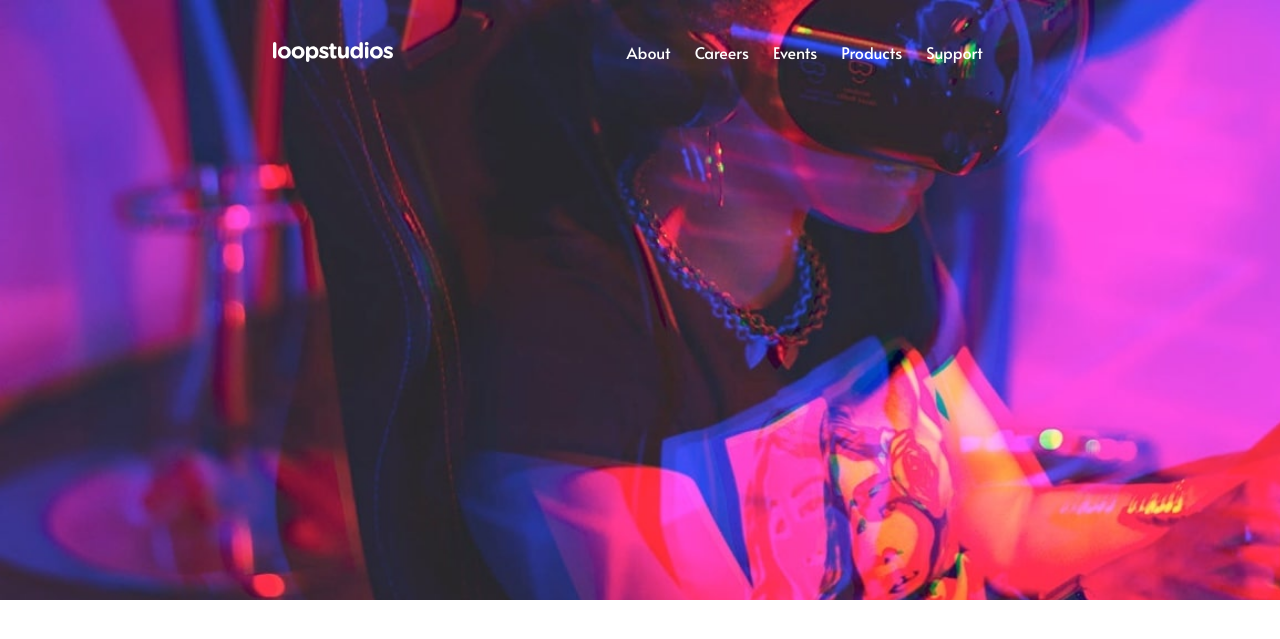
Repository: gligor99/loopstudios-fm
Page: /
These files come from the project's save history. The page is drawn as it stood at one moment and after the next save; the edit follows.
The browser window is 1280 px wide. The pictures show the whole page.
The project was rebuilt for these pictures with package versions that can differ from the ones it lists, and the page was loaded fresh each time.

Above is the page before, as saved 2021-11-28 15:08:03.

### src/index.css
@import url('https://fonts.googleapis.com/css2?family=Alata&family=Josefin+Sans:wght@300&display=swap');

:root {
  --clr-white: hsl(0, 0%, 100%);
  --clr-black: hsl(0, 0%, 0%);
  --clr-dark-gray: hsl(0, 0%, 55%);
  --clr-very-dark-gray: hsl(0, 0%, 41%)
}

*,
::after,
::before {
  margin: 0;
  padding: 0;
  box-sizing: border-box;
}

body {
  font-family: "Alata", sans-serif;
  background: var(--clr-light-grayish-cyan);
  color: var(--clr-grey-1);
  line-height: 1.5;
  font-size: 1rem;
}

### src/App.jsx
import Hero from "./components/Hero/Hero";


function App() {
  return (
    <div className="App">
      <Hero />
    </div>
  );
}

export default App;

### src/components/Hero/Hero.jsx
import React from "react";
import Navbar from "../Navbar/Navbar";
import "./hero.css";

const Hero = () => {
  return (
    <div className="container">
      <Navbar />
    </div>
  );
};

export default Hero;

### src/components/Navbar/Navbar.jsx
import logo from "../../assets/logo.svg";
import "./navbar.css";

const Navbar = () => {
  return (
    <div className="wrapper">
      <img src={logo} alt="logo.svg" />
      <ul>
        <li>
          <a href="/about">About</a>
        </li>
        <li>
          <a href="/careers">Careers</a>
        </li>
        <li>
          <a href="/events">Events</a>
        </li>
        <li>
          <a href="/products">Products</a>
        </li>
        <li>
          <a href="/support">Support</a>
        </li>
      </ul>
    </div>
  );
};

export default Navbar;

### src/components/Hero/hero.css
.container {
    background: url('../../assets/desktop/image-hero.jpg');
    background-repeat: no-repeat;
    background-attachment: fixed;
    background-size: cover;
    height: 600px;
}

### src/components/Navbar/navbar.css
.wrapper {
  display: flex;
  flex-direction: row;
  justify-content: space-evenly;
  align-items: center;
  margin: auto;
  padding: 2.5rem;
  background-color: transparent;
}
img {
  height: 20px;
}
ul {
  display: flex;
  flex-wrap: nowrap;
  justify-content: space-evenly;
}
li {
  list-style-type: none;
  padding-right: 1.5rem;
}
a {
  position: relative;
  display: inline-block;
  text-decoration: none;
  color: var(--clr-white);
}
a:after {
  content: "";
  position: absolute;
  left: 0;
  top: 100%;
  width: 0;
  height: 1.8px;
  background-color: var(--clr-white);
  transition: width 0.2s ease-in-out;
}
a:hover:after {
  width: 100%;
}

Loaded but not shown: public/index.html (common file); src/index.jsx (common file)

After the next save:
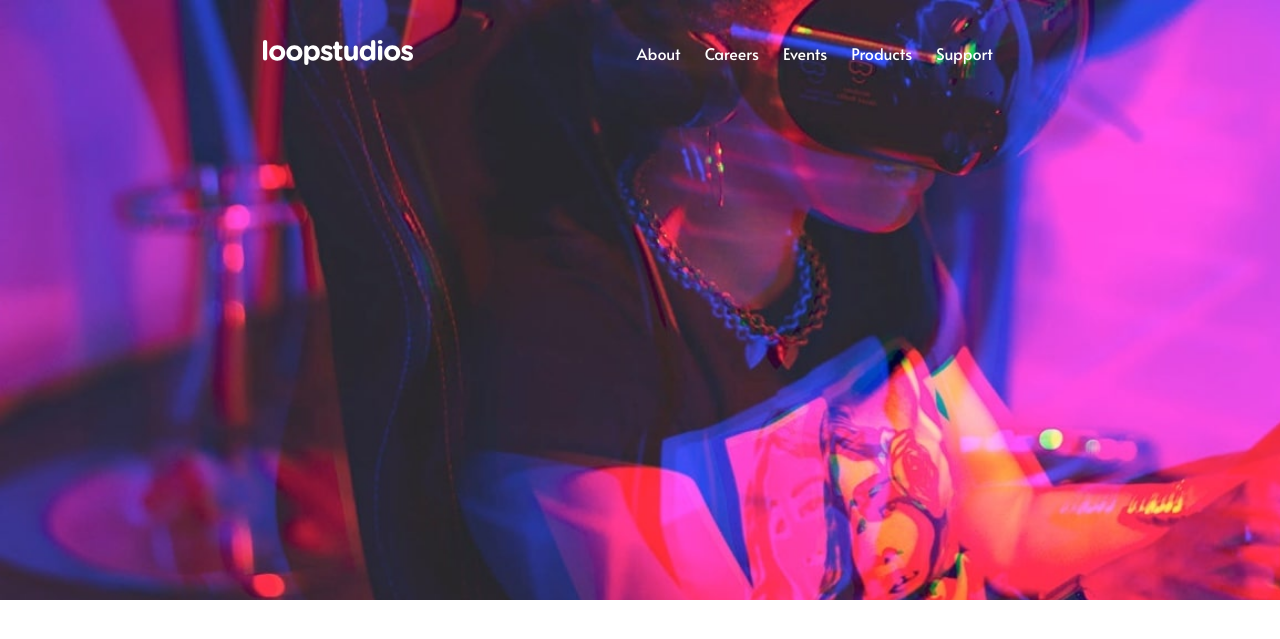
Saved 6 s later.
--- a/src/components/Navbar/navbar.css
+++ b/src/components/Navbar/navbar.css
@@ -8,7 +8,7 @@
   background-color: transparent;
 }
 img {
-  height: 20px;
+  height: 25px;
 }
 ul {
   display: flex;
